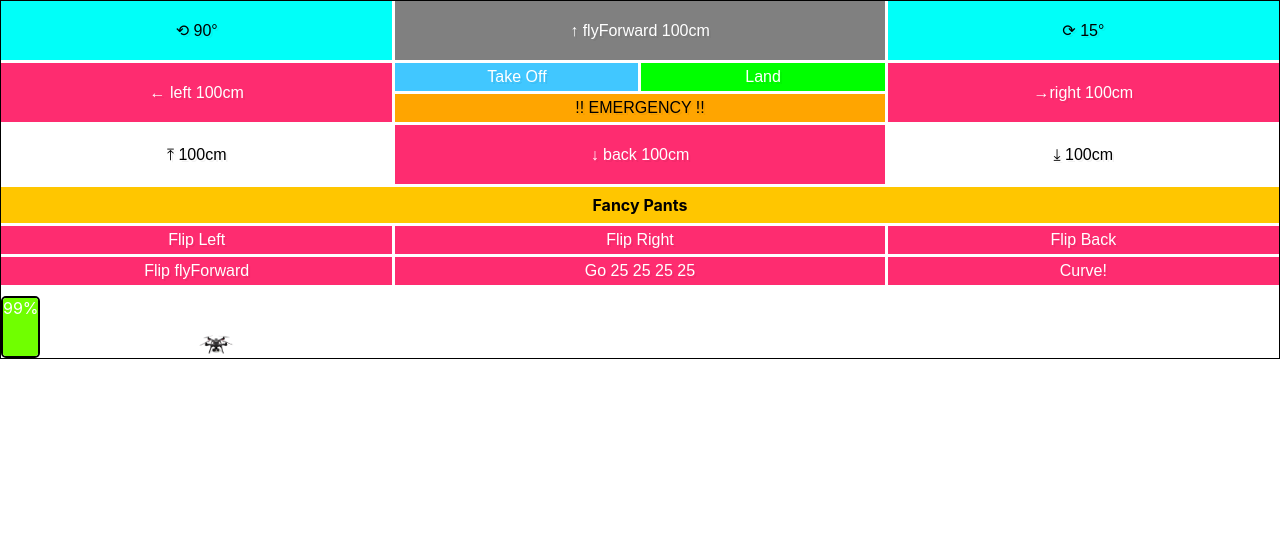
Repository: JivkoJelev91/Drone-Simulator
Page: /
These files come from the project's save history. The page is drawn as it stood at one moment and after the next save; the edit follows.
The browser window is 1280 px wide. The pictures show the whole page.
The project was rebuilt for these pictures with package versions that can differ from the ones it lists, and the page was loaded fresh each time.

Above is the page before, as saved 2018-12-21 11:09:05.

### src/index.css
body {
  margin: 0;
  padding: 0;
  font-family: -apple-system, BlinkMacSystemFont, "Segoe UI", "Roboto", "Oxygen",
    "Ubuntu", "Cantarell", "Fira Sans", "Droid Sans", "Helvetica Neue",
    sans-serif;
  -webkit-font-smoothing: antialiased;
  -moz-osx-font-smoothing: grayscale;
}

code {
  font-family: source-code-pro, Menlo, Monaco, Consolas, "Courier New",
    monospace;
}

.view{
  display:flex;
  padding-top:2%;

}

.parentDrone{
  width:100%;
  padding-top: 10%;
  display:flex;
  justify-content: center;
  /* transform: rotate(0deg);  */
  /* transform: translateZ(-100px) */
}

.drone img {
  width: 100%;

}

.drone{
  width:10%;

}

.batteryStyles{
  width: 10%;
  border: 2px solid black;
  border-radius: 5px;
  overflow: hidden;
  display: flex;
  flex-direction: column-reverse;
}

.batteryLevel {
  transition: all 0.5s;
  height: 100%;
  text-align: center;
  color: white;
  display: block;
  background: var(--color);
  background: #70ff00;
}

.CommandGrid{
  display: grid;
  grid-template-columns: 1fr 1.25fr 1fr;
  grid-template-rows: repeat(3, 1fr);
  border: 1px solid black;
  grid-gap: 3px;
}

.CommandGrid .center{
  display: grid;
  grid-gap: 3px;
  grid-template-columns: 1fr 1fr;
}

.CommandGrid h2{
  grid-column: 1 / -1;
  background: #ffc600;
  margin: 0;
  font-size: 1rem;
  text-align: center;
  padding: 0.5rem;
  color: black;
}

.CommandGrid .center button:last-child{
  grid-column: span 2;
}

.CommandGrid   button {
  text-shadow: 2px 2px 0 rgba(0, 0, 0, 0.05);
  border: 0;
  background: #fe2c70;
  border: 4px solid transparent;
  color: white;
  font-size: 1rem;
  position: relative;
}
.CommandGrid button:active{
  top: 2px;
}
.CommandGrid button:focus{
  outline: 0;
  border-color: #ffc600;
}
.CommandGrid button.takeoff{
  background: #41c7ff;
}
.CommandGrid button.land{
  background: #00ff00;
}
.CommandGrid button.emergency{
  background: orange;
  text-transform: uppercase;
  color: black;
}
.CommandGrid button.rotate{
  background: #00fff9;
  color: black;
}
.CommandGrid button.height{
  background: #fff;
  color: black;
}
.CommandGrid button.span.symbol {
  display: block;
  font-size: 2rem;
  font-weight: 400;
}

.CommandGrid button.innactiveBtns{
  pointer-events: none;
  background-color: grey;
  border-color: grey;
}

### src/App.js
import React, { Component } from 'react';
import Buttons from './Buttons/Buttons';
import {Provider, Consumer} from './Context';
import './App.css';

class App extends Component {
  render() {
    return (
      <Provider>
        <div className="App">
            <Buttons />
        </div>
      </Provider>
    );
  }
}

export default App;

### src/Buttons/Buttons.js
import React, { Component } from 'react';
import Battery from './Battery';
import Drone from './Drone'

class Buttons extends Component{
  constructor(props){
    super(props)
    this.amount = 100;
    this.counter = 0;
    this.state = {
      forward: 0,
      isActive: false,
    }
  }

  rotate(){
    return console.log('rotate!!');
  }

  flyForward = () => {
    this.setState({
      isActive: true
    })
    for (let index = 0; index <= 10; index++) {
        setTimeout(() => {
          this.setState({
            forward: index,
            isActive: false
          });
        if(this.state.forward === 10){
          this.setState({
            isActive: true
          })
        }
      }, index * 100);
    }
  }

  back(){
      return console.log('back');
  }

  left(){
      return console.log('left');
  }

  right(){
      return console.log('right');
  }

  takeOff(){
      return console.log('takeOff');
  }

  flipLeft(){
      return console.log('flipLeft');
  }

  flipRight(){
      return console.log('flipRight');
  }

  flipflyForward(){
      return console.log('flipflyForward');
  }

  flipBack(){
      return console.log('flipBack');
  }

  hight(){
      return console.log('hight');
  }

  low(){
      return console.log('low');
  }

  land(){
      return console.log('land');
  }

  emergency(){
      return console.log('emergency');
  }

  render(){
    return (
        <div className="CommandGrid">

       <button className="rotate" onClick={this.rotate}>
         <span className="symbol">⟲</span> 90°
       </button>
       <button onClick={this.flyForward} className={!this.state.isActive ? 'innactiveBtns' : null}>
         <span className="symbol">↑</span> flyForward {this.amount}cm
       </button>

       <button className="rotate" onClick={this.rotate}>
         <span className="symbol">⟳</span> 15°
       </button>
       <button onClick={this.left}>
         <span className="symbol">←</span> left {this.amount}cm
       </button>
       <div className="center">
         <button className="takeoff" onClick={this.takeOff}>
           Take Off
         </button>
         <button className="land" onClick={this.land}>
           Land
         </button>
         <button className="emergency" onClick={this.emergency}>
           !! emergency !!
         </button>
       </div>
       <button onClick={this.right}>
         <span className="symbol">→</span>
         right {this.amount}cm
       </button>
       <button className="height" onClick={this.hight}>
         <span className="symbol">⤒</span> {this.amount}cm
       </button>
       <button onClick={this.back}>
         <span className="symbol">↓</span> back {this.amount}cm
       </button>
       <button className="height" onClick={this.low}>
         <span className="symbol">⤓</span> {this.amount}cm
       </button>
       <h2>Fancy Pants</h2>
       <button onClick={this.flipLeft}>Flip Left</button>
       <button onClick={this.flipRight}>Flip Right</button>
       <button onClick={this.flipBack}>Flip Back</button>
       <button onClick={this.flipflyForward}>Flip flyForward</button>
       <button onClick={console.log('TODO')}>Go 25 25 25 25</button>
       <button onClick={console.log('TODO')}>
         Curve!
       </button>
            <div className="view">
              <Battery />
              <Drone />
            </div>
    </div>
    )
  }
}

export default Buttons;

### src/Context.js
import React, { Component } from 'react';
const MyContext = React.createContext();

export class Provider extends Component  {
    state = {
        forward: 0,
        isActive: true,
      }

    render(){
        return (
            <MyContext.Provider value={this.state.forward}>
                {this.props.children}
            </MyContext.Provider>
        )
    }
};

export const Consumer = MyContext.Consumer;

### src/Buttons/Battery.js
import React, {Component}  from 'react';


class Battery extends Component {
  constructor(){
    super();
    this.state = {
      batteryLevel: 0
    }
    this.countdown = null;
    this.counter = 0;
  }

  lowBattery = () => {
      this.setState({
        batteryLevel: parseInt((10000 - ++this.counter) / 100)
      });
  }

  componentDidMount() {
    this.countdown = setInterval(this.lowBattery, 1000);
  }

  componentWillUnmount() {
    if(this.batteryLevel === 0) clearInterval(this.countdown);
  }

  componentWillMount(){
    this.lowBattery();
  }

  render() {
    return (
      <div className="batteryStyles">
          <span className="batteryLevel" style={{ height:`${ this.state.batteryLevel }%`}}>{this.state.batteryLevel}%</span>
      </div>
    );
  }
}

export default Battery;

### src/Buttons/Drone.js
import React, { Component } from 'react';
import dronePic from '../images/drone.png'

class Drone extends Component {
  constructor(){
    super()
  }
  render() {
    return (
          <div className="parentDrone">
            <div className="drone">
              <img src={dronePic} alt="drone"/>
            </div>
          </div>
    );
  }
}

export default Drone;

Loaded but not shown: public/index.html (common file); src/index.js (common file); src/serviceWorker.js (common file); src/App.css (common file)

After the next save:
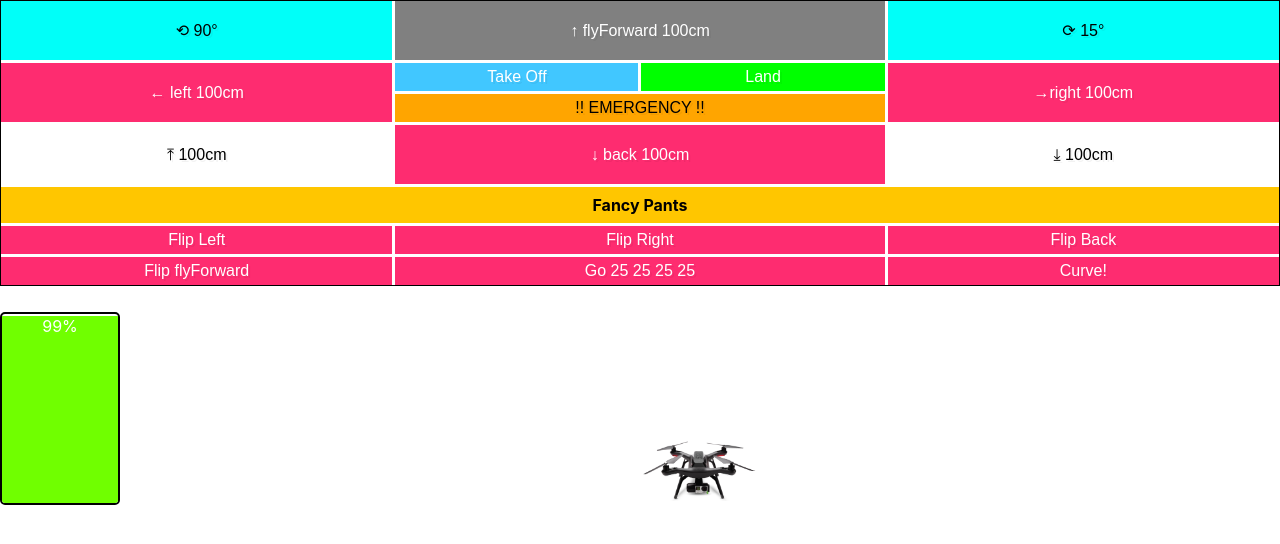
Saved 41 s later.
--- a/src/Buttons/Buttons.js
+++ b/src/Buttons/Buttons.js
@@ -86,55 +86,57 @@
 
   render(){
     return (
+      <div id="wrapper">
         <div className="CommandGrid">
 
-       <button className="rotate" onClick={this.rotate}>
-         <span className="symbol">⟲</span> 90°
-       </button>
-       <button onClick={this.flyForward} className={!this.state.isActive ? 'innactiveBtns' : null}>
-         <span className="symbol">↑</span> flyForward {this.amount}cm
-       </button>
+        <button className="rotate" onClick={this.rotate}>
+          <span className="symbol">⟲</span> 90°
+        </button>
+        <button onClick={this.flyForward} className={!this.state.isActive ? 'innactiveBtns' : null}>
+          <span className="symbol">↑</span> flyForward {this.amount}cm
+        </button>
 
-       <button className="rotate" onClick={this.rotate}>
-         <span className="symbol">⟳</span> 15°
-       </button>
-       <button onClick={this.left}>
-         <span className="symbol">←</span> left {this.amount}cm
-       </button>
-       <div className="center">
-         <button className="takeoff" onClick={this.takeOff}>
-           Take Off
-         </button>
-         <button className="land" onClick={this.land}>
-           Land
-         </button>
-         <button className="emergency" onClick={this.emergency}>
-           !! emergency !!
-         </button>
-       </div>
-       <button onClick={this.right}>
-         <span className="symbol">→</span>
-         right {this.amount}cm
-       </button>
-       <button className="height" onClick={this.hight}>
-         <span className="symbol">⤒</span> {this.amount}cm
-       </button>
-       <button onClick={this.back}>
-         <span className="symbol">↓</span> back {this.amount}cm
-       </button>
-       <button className="height" onClick={this.low}>
-         <span className="symbol">⤓</span> {this.amount}cm
-       </button>
-       <h2>Fancy Pants</h2>
-       <button onClick={this.flipLeft}>Flip Left</button>
-       <button onClick={this.flipRight}>Flip Right</button>
-       <button onClick={this.flipBack}>Flip Back</button>
-       <button onClick={this.flipflyForward}>Flip flyForward</button>
-       <button onClick={console.log('TODO')}>Go 25 25 25 25</button>
-       <button onClick={console.log('TODO')}>
-         Curve!
-       </button>
-            <div className="view">
+        <button className="rotate" onClick={this.rotate}>
+          <span className="symbol">⟳</span> 15°
+        </button>
+        <button onClick={this.left}>
+          <span className="symbol">←</span> left {this.amount}cm
+        </button>
+        <div className="center">
+          <button className="takeoff" onClick={this.takeOff}>
+            Take Off
+          </button>
+          <button className="land" onClick={this.land}>
+            Land
+          </button>
+          <button className="emergency" onClick={this.emergency}>
+            !! emergency !!
+          </button>
+        </div>
+        <button onClick={this.right}>
+          <span className="symbol">→</span>
+          right {this.amount}cm
+        </button>
+        <button className="height" onClick={this.hight}>
+          <span className="symbol">⤒</span> {this.amount}cm
+        </button>
+        <button onClick={this.back}>
+          <span className="symbol">↓</span> back {this.amount}cm
+        </button>
+        <button className="height" onClick={this.low}>
+          <span className="symbol">⤓</span> {this.amount}cm
+        </button>
+        <h2>Fancy Pants</h2>
+        <button onClick={this.flipLeft}>Flip Left</button>
+        <button onClick={this.flipRight}>Flip Right</button>
+        <button onClick={this.flipBack}>Flip Back</button>
+        <button onClick={this.flipflyForward}>Flip flyForward</button>
+        <button onClick={console.log('TODO')}>Go 25 25 25 25</button>
+        <button onClick={console.log('TODO')}>
+          Curve!
+        </button>
+    </div>
+    <div className="view">
               <Battery />
               <Drone />
             </div>
